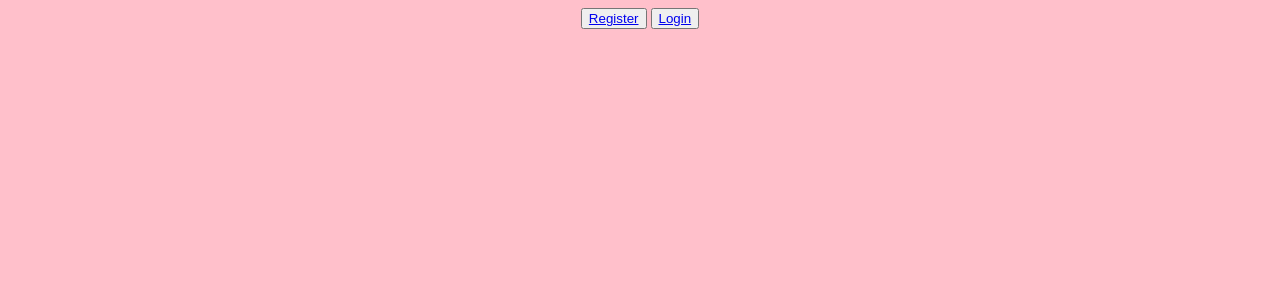
Repository: bpgujjari/Java-Logics
Page: conditional and looping programs/RathanSir/Project-K/src/main/webapp/projectk.html
The author's editor kept a copy of each file at every save. The page is drawn from the files as they stood at one save, then again after the next save.
The browser window is 1280 px wide. The pictures show the whole page.

Above is the page before, as saved 2023-03-12 12:01:43.

After the next save:
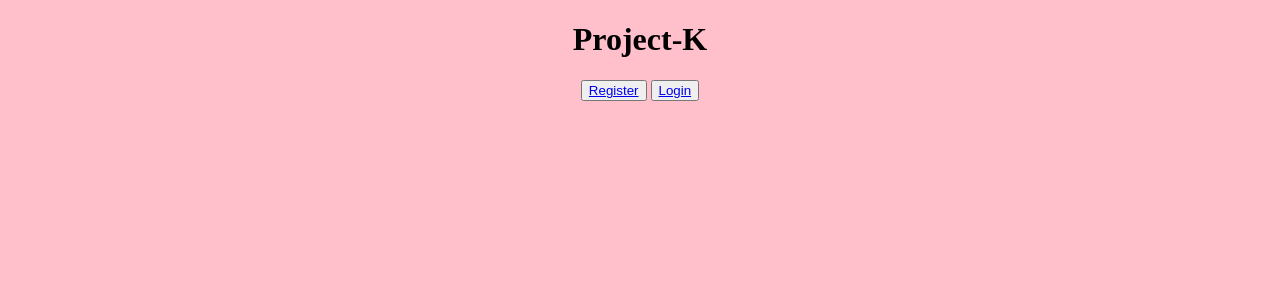
Saved 35 s later.
--- a/conditional and looping programs/RathanSir/Project-K/src/main/webapp/projectk.html
+++ b/conditional and looping programs/RathanSir/Project-K/src/main/webapp/projectk.html
@@ -5,6 +5,7 @@
 <title>project-k</title>
 </head>
 <body bgcolor="pink" style="text-align: center;">
+<h1>Project-K</h1>
 <button><a href="regstration.html">Register</a></button>
 <button><a href="login.html">Login</a></button>
 </body>
